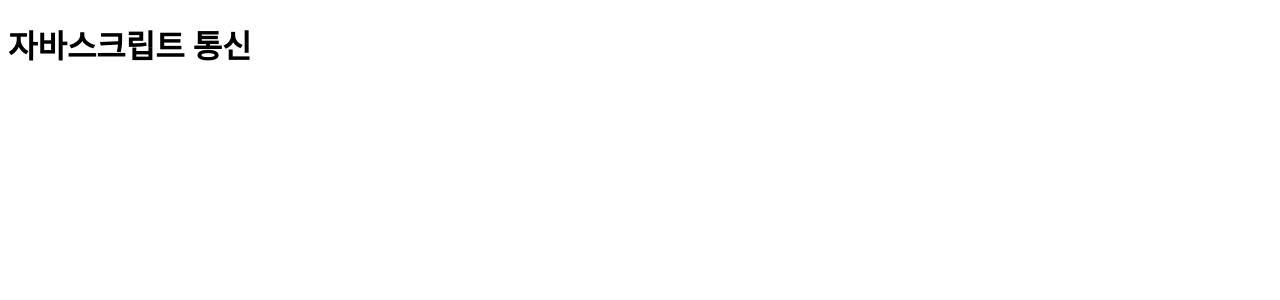
Repository: Lee-seongBeom/bitclass
Page: http://localhost/html08/ex01.jsp
These files come from the project's save history. The page is drawn as it stood at one moment and after the next save; the edit follows.
The browser window is 1280 px wide. The pictures show the whole page.
The page is served by Tomcat 9. Other server files are loaded and not shown.

Above is the page before, as saved 2020-07-17 02:53:47.

### html08/WebContent/ex01.jsp
<%@ page language="java" contentType="text/html; charset=UTF-8"
    pageEncoding="UTF-8"%>
<!DOCTYPE html>
<html>
<head>
<meta http-equiv="Content-Type" content="text/html; charset=UTF-8">
<title>Insert title here</title>

</head>
<body>
	<h1>자바스크립트 통신</h1>

</body>
</html>

After the next save:
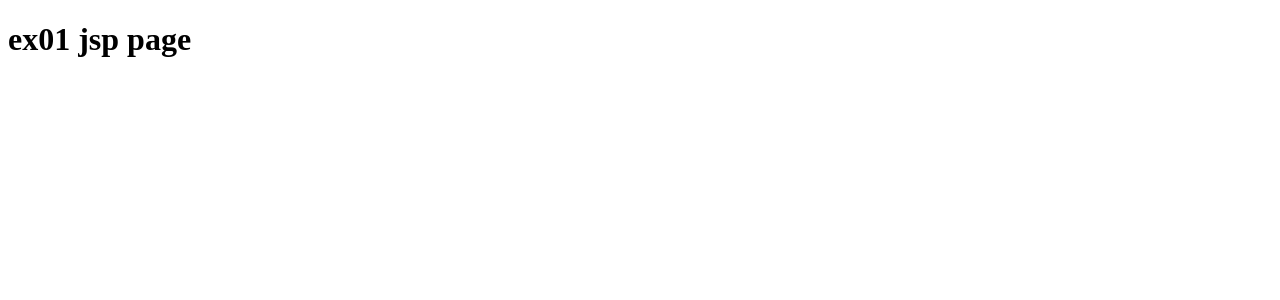
Saved 9 s later.
--- a/html08/WebContent/ex01.jsp
+++ b/html08/WebContent/ex01.jsp
@@ -8,7 +8,7 @@
 
 </head>
 <body>
-	<h1>자바스크립트 통신</h1>
+	<h1>ex01 jsp page</h1>
 
 </body>
 </html>
